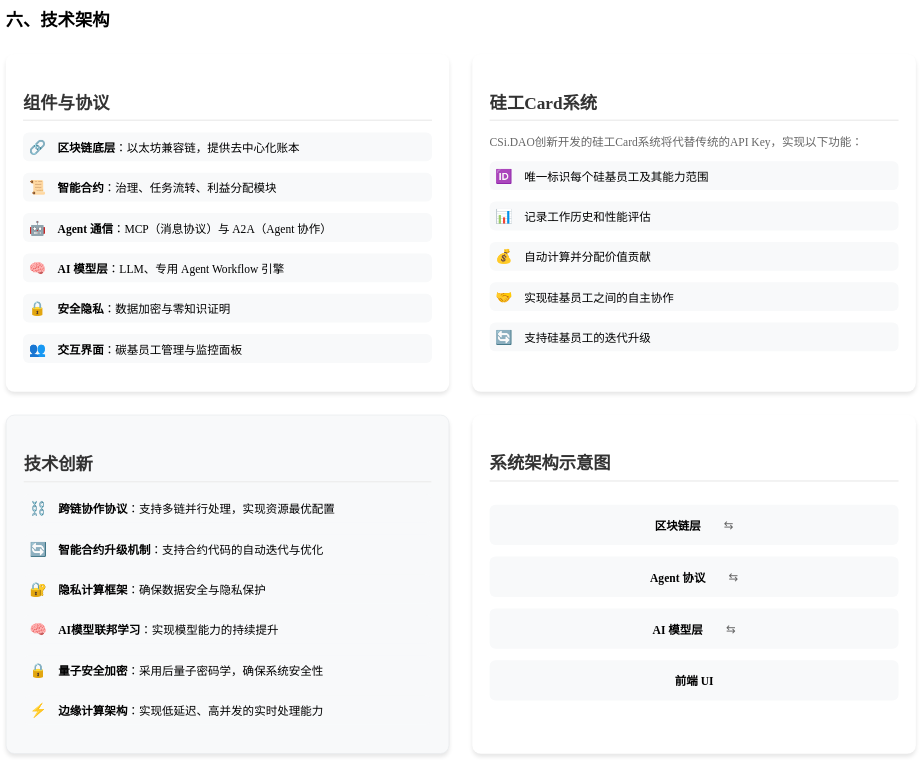
Repository: delez911/ainize
Page: static-site/src/components/technology/technology.html
The author's editor kept a copy of each file at every save. The page is drawn from the files as they stood at one save, then again after the next save.
The browser window is 1280 px wide. The pictures show the whole page, at 72% of full size.

Above is the page before, as saved 2025-04-24 09:58:40.

After the next save:
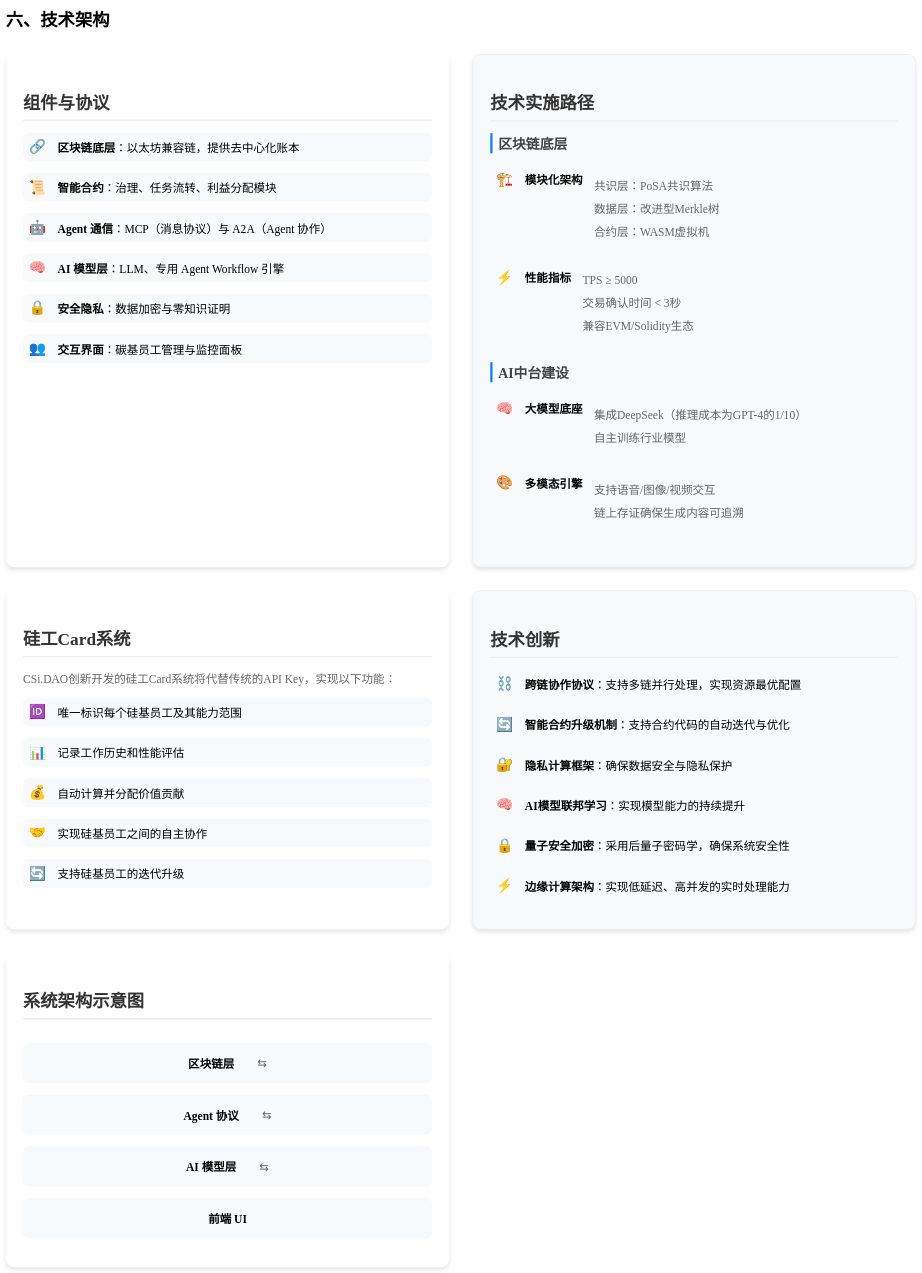
Saved 92 s later.
--- a/static-site/src/components/technology/technology.html
+++ b/static-site/src/components/technology/technology.html
@@ -33,6 +33,57 @@
                 <strong>交互界面</strong>：碳基员工管理与监控面板
               </li>
             </ul>
+          </div>
+        </div>
+
+        <!-- 技术实施路径 -->
+        <div class="tech-card implementation">
+          <h3 class="tech-card-title">技术实施路径</h3>
+          <div class="tech-card-content">
+            <div class="implementation-section">
+              <h4 class="implementation-subtitle">区块链底层</h4>
+              <ul class="tech-list">
+                <li class="tech-item">
+                  <span class="tech-icon">🏗️</span>
+                  <strong>模块化架构</strong>
+                  <ul class="tech-sublist">
+                    <li>共识层：PoSA共识算法</li>
+                    <li>数据层：改进型Merkle树</li>
+                    <li>合约层：WASM虚拟机</li>
+                  </ul>
+                </li>
+                <li class="tech-item">
+                  <span class="tech-icon">⚡</span>
+                  <strong>性能指标</strong>
+                  <ul class="tech-sublist">
+                    <li>TPS ≥ 5000</li>
+                    <li>交易确认时间 &lt; 3秒</li>
+                    <li>兼容EVM/Solidity生态</li>
+                  </ul>
+                </li>
+              </ul>
+            </div>
+            <div class="implementation-section">
+              <h4 class="implementation-subtitle">AI中台建设</h4>
+              <ul class="tech-list">
+                <li class="tech-item">
+                  <span class="tech-icon">🧠</span>
+                  <strong>大模型底座</strong>
+                  <ul class="tech-sublist">
+                    <li>集成DeepSeek（推理成本为GPT-4的1/10）</li>
+                    <li>自主训练行业模型</li>
+                  </ul>
+                </li>
+                <li class="tech-item">
+                  <span class="tech-icon">🎨</span>
+                  <strong>多模态引擎</strong>
+                  <ul class="tech-sublist">
+                    <li>支持语音/图像/视频交互</li>
+                    <li>链上存证确保生成内容可追溯</li>
+                  </ul>
+                </li>
+              </ul>
+            </div>
           </div>
         </div>
 
@@ -163,7 +214,7 @@
 
 .tech-item {
   display: flex;
-  align-items: center;
+  align-items: flex-start;
   margin-bottom: 1rem;
   padding: 0.5rem;
   border-radius: 8px;
@@ -173,6 +224,30 @@
 .tech-icon {
   margin-right: 1rem;
   font-size: 1.2rem;
+  flex-shrink: 0;
+}
+
+.tech-sublist {
+  list-style: none;
+  padding-left: 1rem;
+  margin-top: 0.5rem;
+}
+
+.tech-sublist li {
+  margin-bottom: 0.5rem;
+  color: #666;
+}
+
+.implementation-section {
+  margin-bottom: 1.5rem;
+}
+
+.implementation-subtitle {
+  color: #444;
+  font-size: 1.2rem;
+  margin: 1rem 0;
+  padding-left: 0.5rem;
+  border-left: 3px solid #007bff;
 }
 
 .tech-description {
@@ -213,6 +288,11 @@
   border: 1px solid #e9ecef;
 }
 
+.implementation {
+  background: #f8f9fa;
+  border: 1px solid #e9ecef;
+}
+
 @media (max-width: 768px) {
   .tech-grid {
     grid-template-columns: 1fr;
